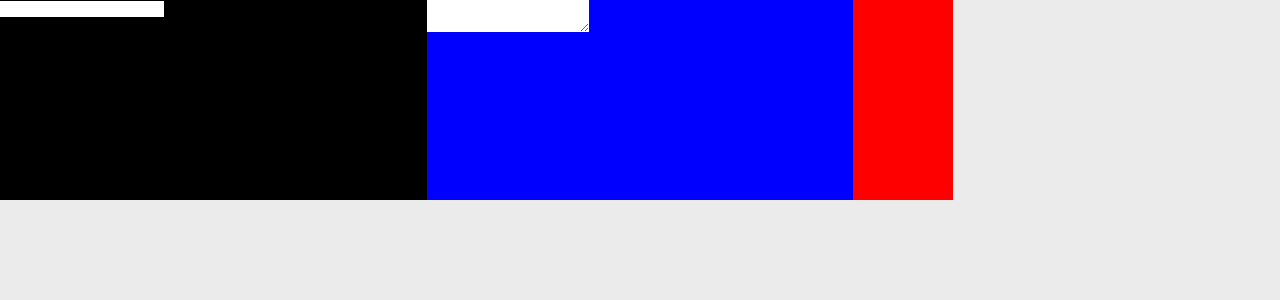
Repository: 777hanh777hanh/test
Page: index.html
The author's editor kept a copy of each file at every save. The page is drawn from the files as they stood at one save, then again after the next save.
The browser window is 1280 px wide. The pictures show the whole page.

Above is the page before, as saved 2023-06-30 16:38:15.

After the next save:
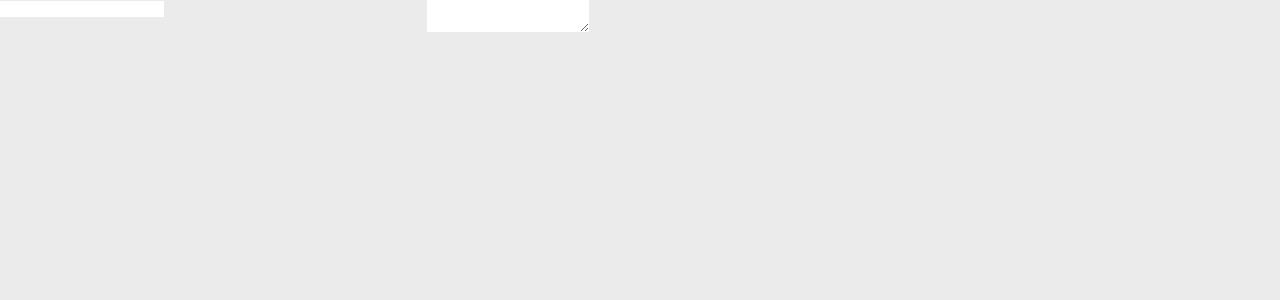
Saved 18 s later.
--- a/assets/css/style.css
+++ b/assets/css/style.css
@@ -43,8 +43,11 @@ html *::-webkit-scrollbar-track {
         'bb bb cc';
 }
 
+.item {
+}
+
 /* Input Block */
-.input-block {
+/* .input-block {
 }
 
 .url-block {
@@ -65,4 +68,4 @@ html *::-webkit-scrollbar-track {
     background: red;
     width: 100px;
     height: 200px;
-}
+} */
